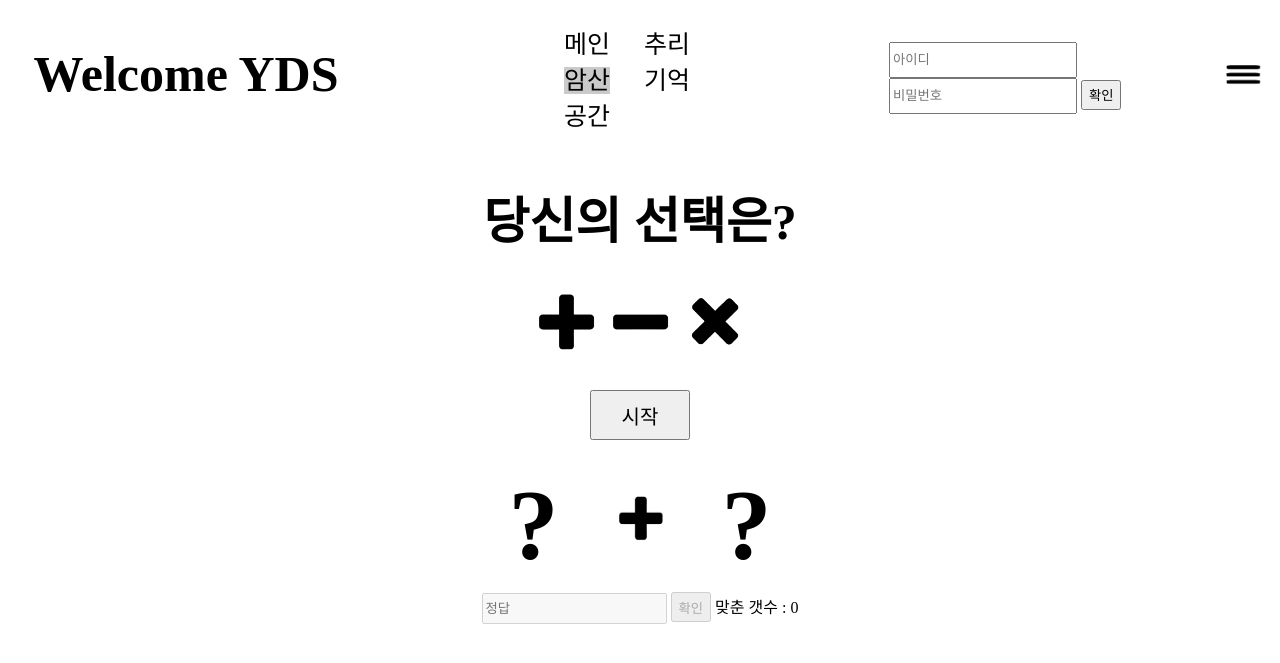
Repository: ejrtn/springbootMaven
Page: deoksu/src/main/resources/static/math.html
An editor plug-in stored every save of this project. The page is shown before and after the next save, followed by the edit.
The browser window is 1280 px wide. The pictures show the whole page.

Above is the page before, as saved 2021-04-10 16:32:04.

After the next save:
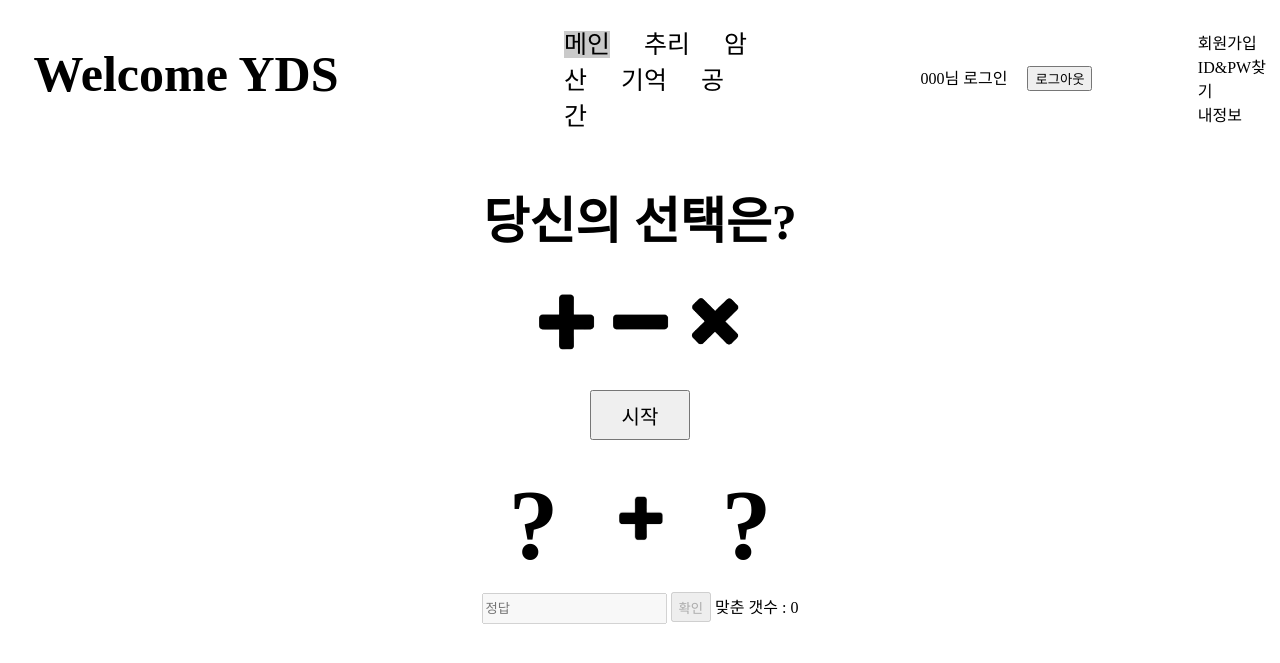
Saved 29 s later.
--- a/deoksu/src/main/resources/static/math.html
+++ b/deoksu/src/main/resources/static/math.html
@@ -108,19 +108,22 @@
 					<h1 align="center" style="font-size: 50px; width: 350px; height:66px; cursor: pointer;" onclick="location.href='/'">Welcome YDS</h1>
 				</td>
 				<td style="padding-left: 200px; padding-right: 100px; width: 450px;">
-					<label style="font-size: 25px; cursor: pointer; margin-right: 30px;" onclick="location.href='/'">메인</label>
+					<label style="font-size: 25px; cursor: pointer; background-color: #9e9e9e8c; margin-right: 30px;" onclick="location.href='/'">메인</label>
 					<label style="font-size: 25px; cursor: pointer; margin-right: 30px;" onclick="location.href='sudoku'">추리</label>
-					<label style="font-size: 25px; cursor: pointer; margin-right: 30px; background-color: #9e9e9e8c;" onclick="location.href='math'">암산</label>
+					<label style="font-size: 25px; cursor: pointer; margin-right: 30px;" onclick="location.href='math'">암산</label>
 					<label style="font-size: 25px; cursor: pointer; margin-right: 30px;" onclick="location.href='memorization'">기억</label>
 					<label style="font-size: 25px; cursor: pointer; margin-right: 30px;" onclick="location.href='space'">공간</label>
 				</td>
 				<td style="padding-left: 50px; width: 450px;">
-					<input type="text" placeholder="아이디" style="height: 30px; width: 180px;">
-					<input type="password" placeholder="비밀번호" style="height: 30px; width: 180px;">
-					<input type="button" value="확인" style="height: 30px;">
+<!-- 					<input type="text" placeholder="아이디" style="height: 30px; width: 180px;"> -->
+<!-- 					<input type="password" placeholder="비밀번호" style="height: 30px; width: 180px;"> -->
+<!-- 					<input type="button" value="확인" style="height: 30px;"> -->
+					<label>000님 로그인</label><input type="button" value="로그아웃" style="margin-left: 20px;">
 				</td>
-				<td style="padding-left: 50px;">
-					<img src="images/main_img/menu.png" style="width: 50px; height: 50px; margin-left: 10px;">
+				<td style="padding-left: 50px; width: 100px;">
+					<label onmouseover="join(1)" onmouseout="join(2)" id="join" style="cursor: pointer;" onclick="">회원가입</label><br>
+					<label onmouseover="idpw(1)" onmouseout="idpw(2)" id="idpw" style="cursor: pointer;" onclick="">ID&PW찾기</label><br>
+					<label onmouseover="info(1)" onmouseout="info(2)" id="info" style="cursor: pointer;" onclick="">내정보</label><br>
 				</td>
 			</tr>
 		</table>
